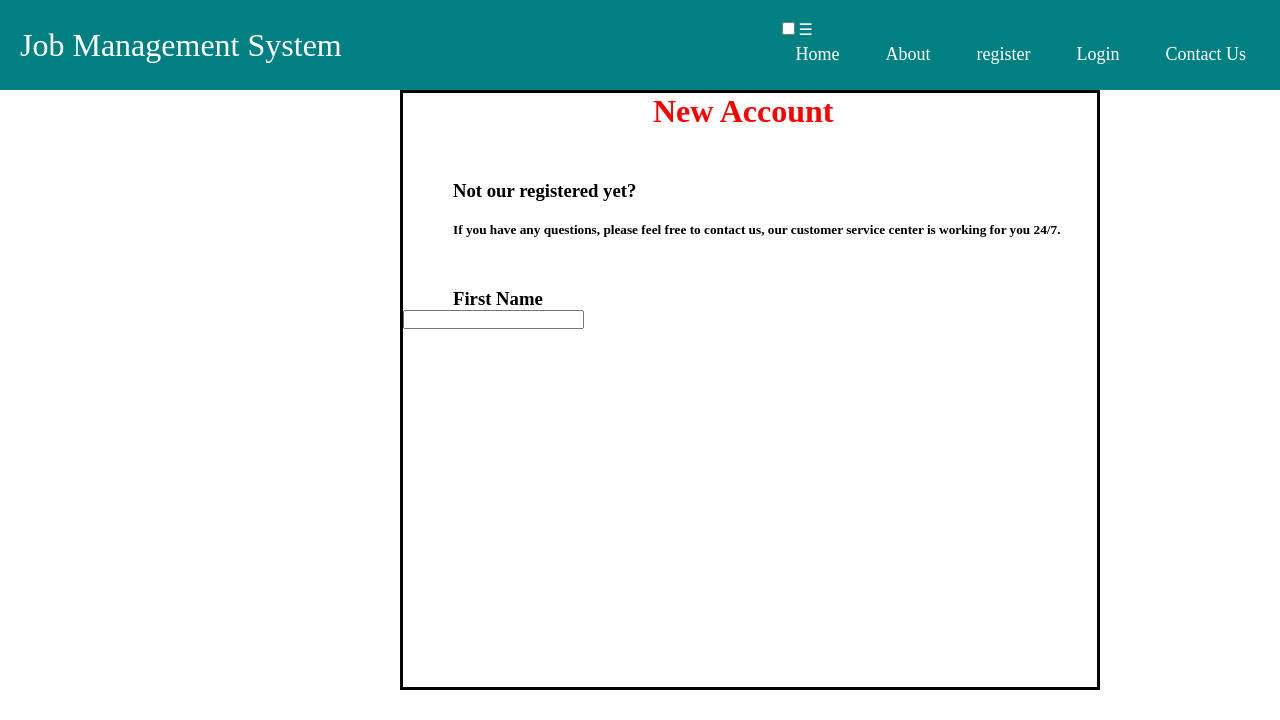
Repository: PrinceKumawat1109/JFSD
Page: http://localhost/Job-management/employeeregister.jsp
The author's editor kept a copy of each file at every save. The page is drawn from the files as they stood at one save, then again after the next save.
The browser window is 1280 px wide. The pictures show the whole page.
The page is served by Tomcat 9. Other server files are loaded and not shown.

Above is the page before, as saved 2022-10-29 18:50:11.

### Job-management/src/main/webapp/employeeregister.jsp
<%@ page language="java" contentType="text/html; charset=UTF-8"
    pageEncoding="UTF-8"%>
<!DOCTYPE html>
<html>
<head>
<meta charset="UTF-8">
<title>Employee-Register</title>
<style>
.card{
height: 600px;
width: 700px;
border-style: solid;
margin-left: 400px;
}

</style>
</head>
<body>
	<jsp:include page="navbar.jsp" />

	<div class="card">
	<h1 style=" color: red; margin-left: 250px;">New Account</h1>
	<h3 style="margin-left: 50px; margin-top: 50px;">Not our registered yet?</h3>
	<h5 style="margin-left: 50px; margin-top: 20px;">If you have any questions, please feel free to contact us, our customer service center is working for you 24/7.</h5>
	<h3 style="margin-left: 50px; margin-top: 50px;">First Name</h3>
	<input type="box">

	</div>
</body>















<script type="text/javascript">
function save()
{
	var xhtml = new XMLHttpRequest();
	var url = "http://localhost:8080/api/register/";
	xhtml.open("POST", url, true);
	xhtml.setRequestHeader('Content-Type','application/json');

	var t1 = document.getElementById("t1");
	var t2 = document.getElementById("t2");
	var t3 = document.getElementById("t3");
	var t4 = document.getElementById("t4");
	var t5 = document.getElementById("t5");
	var t6 = document.getElementById("t6");
	var lbl = document.getElementById("lbl");

	xhtml.send(JSON.stringify({
		username : t1.value,
		fname : t2.value,
		lname : t3.value,
		email : t4.value,
		pwd : t5.value,
		gender : t6.value
	}));

	xhtml.onreadystatechange = function()
	{
		if(this.readyState == 4 && this.status == 200)
			lbl.innerText = "Data Inserted Successfully...!";
			window.location="http://localhost:8080/employeelogin.jsp";

	};
}
</script>
</html>

### Job-management/src/main/webapp/navbar.jsp
<!DOCTYPE html>
<html lang="en">
 <head>
   <meta charset="UTF-8" />
   <meta http-equiv="X-UA-Compatible" content="IE=edge" />
   <meta name="viewport" content="width=device-width, initial-scale=1.0" />
   <style>

    /* UTILITIES */
* {
 margin: 0;
 padding: 0;
 box-sizing: border-box;
}
body {
 font-family: cursive;
}
a {
 text-decoration: none;
}
li {
 list-style: none;
}

/* NAVBAR STYLING STARTS */
.navbar {
 display: flex;
 align-items: center;
 justify-content: space-between;
 padding: 20px;
 background-color: teal;
 color: #fff;
}
.nav-links a {
 color: #fff;
}
/* LOGO */
.logo {
 font-size: 32px;
}
/* NAVBAR MENU */
.menu {
 display: flex;
 gap: 1em;
 font-size: 18px;
}
.menu li:hover {
 background-color: #4c9e9e;
 border-radius: 5px;
 transition: 0.3s ease;
}
.menu li {
 padding: 5px 14px;
}
/* DROPDOWN MENU */
.services {
 position: relative;
}
.dropdown {
 background-color: rgb(1, 139, 139);
 padding: 1em 0;
 position: absolute; /*WITH RESPECT TO PARENT*/
 display: none;
 border-radius: 8px;
 top: 35px;
}
.dropdown li + li {
 margin-top: 10px;
}
.dropdown li {
 padding: 0.5em 1em;
 width: 8em;
 text-align: center;
}
.dropdown li:hover {
 background-color: #4c9e9e;
}
.services:hover .dropdown {
 display: block;
}
   </style>
   <title>Document</title>
 </head>
 <body>
   <nav class="navbar">
     <!-- LOGO -->
     <div class="logo">Job Management System</div>
     <!-- NAVIGATION MENU -->
     <ul class="nav-links">
       <!-- USING CHECKBOX HACK -->
       <input type="checkbox" id="checkbox_toggle" />
       <label for="checkbox_toggle" class="hamburger">&#9776;</label>
       <!-- NAVIGATION MENUS -->
       <div class="menu">
         <li><a href="home.jsp">Home</a></li>
         <li><a href="/">About</a></li>
         <li class="services">
           <a href="/">register</a>
           <!-- DROPDOWN MENU -->
           <ul class="dropdown">
             <li><a href="employeeregister.jsp">Employee </a></li>
             <li><a href="employerregister.jsp">Employers</a></li>
           </ul>
         </li>
         <li class="services">
           <a href="/">Login</a>
           <!-- DROPDOWN MENU -->
           <ul class="dropdown">
             <li><a href="employeelogin.jsp">Employee login </a></li>
             <li><a href="employerlogin.jsp">Employers login</a></li>
           </ul>
         </li>
         <li><a href="contact.jsp">Contact Us</a></li>
       </div>
     </ul>
   </nav>
 </body>
</html>

After the next save:
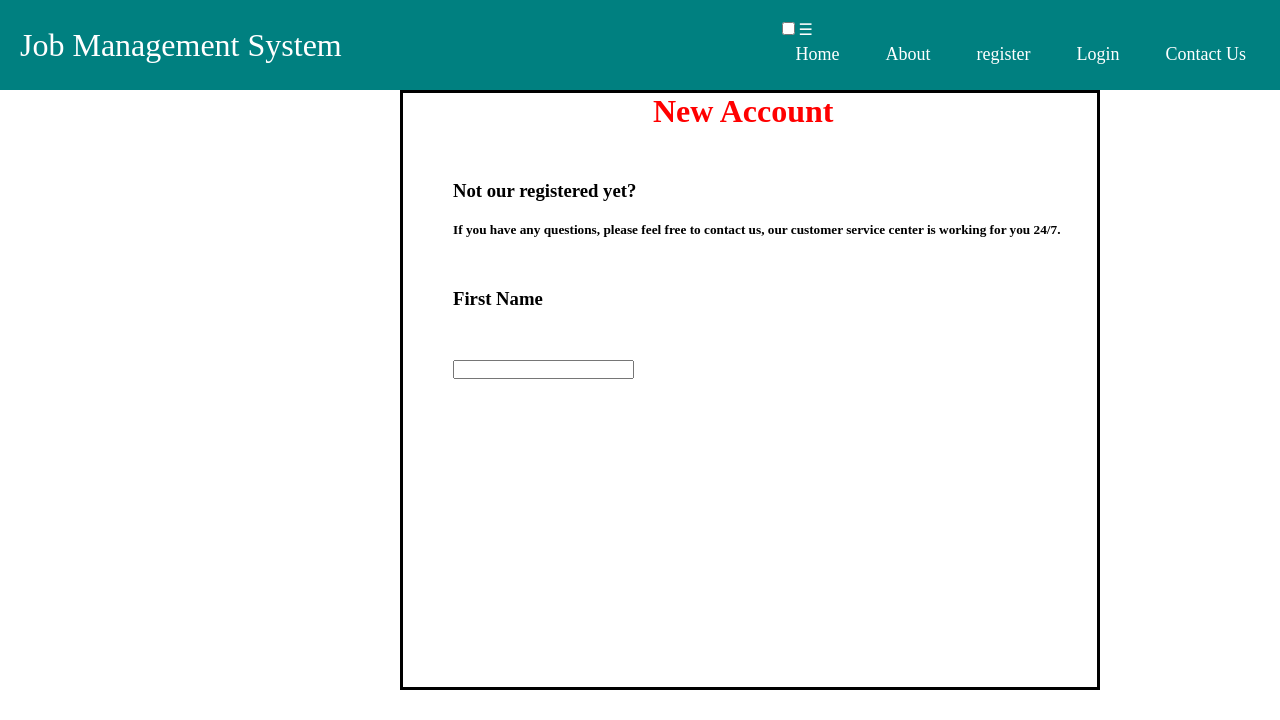
Saved 23 s later.
--- a/Job-management/src/main/webapp/employeeregister.jsp
+++ b/Job-management/src/main/webapp/employeeregister.jsp
@@ -23,7 +23,7 @@ margin-left: 400px;
 	<h3 style="margin-left: 50px; margin-top: 50px;">Not our registered yet?</h3>
 	<h5 style="margin-left: 50px; margin-top: 20px;">If you have any questions, please feel free to contact us, our customer service center is working for you 24/7.</h5>
 	<h3 style="margin-left: 50px; margin-top: 50px;">First Name</h3>
-	<input type="box">
+	<input style="margin-left: 50px; margin-top: 50px;" type="box">
 
 	</div>
 </body>
